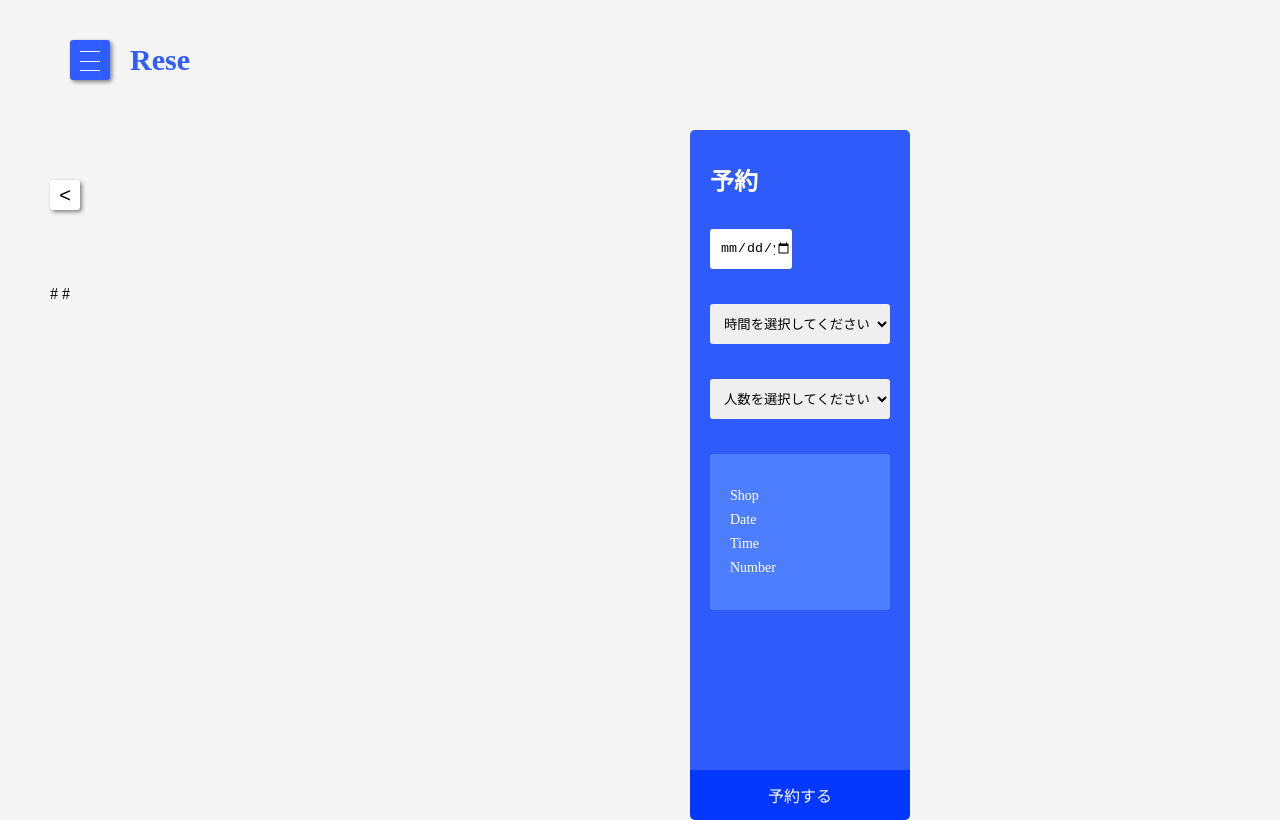
Repository: Haruka-Wada/Rese
Page: src/resources/views/shop_detail.blade.php
An editor plug-in stored every save of this project. The page is shown before and after the next save, followed by the edit.
The browser window is 1280 px wide. The pictures show the whole page.
The page is served by the project's Laravel application, run on PHP 8.4 with Laravel 8. The template is opened directly, without the code that normally fills it, so the values that code supplies are empty.

Above is the page before, as saved 2024-11-19 15:01:52.

After the next save:
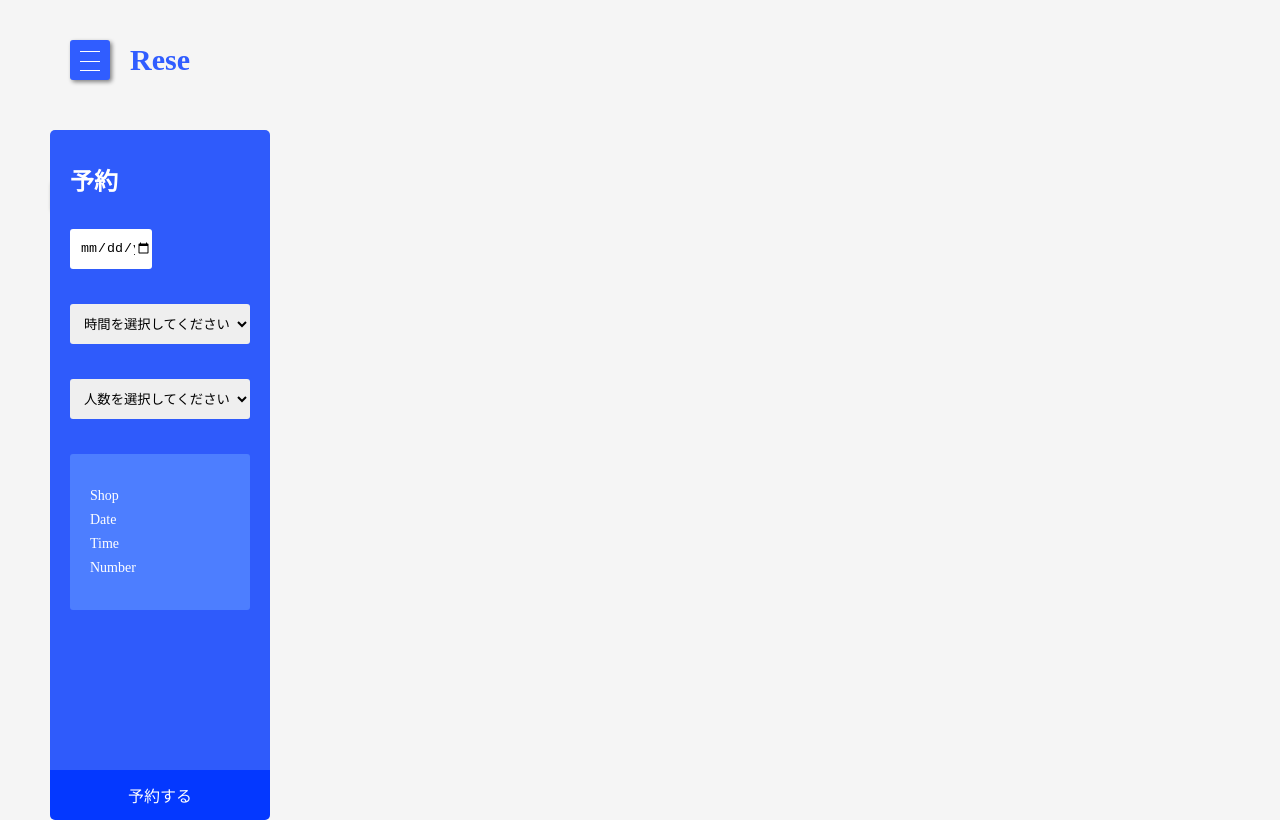
Saved 37 s later.
--- a/src/public/css/shop_detail.css
+++ b/src/public/css/shop_detail.css
@@ -58,7 +58,7 @@
 .reservation__container {
     width: 50%;
     grid-row: 2/3;
-    grid-column: 2/3;
+    grid-column: 1/2;
     margin-right: 50px;
 }
 

After the save that followed:
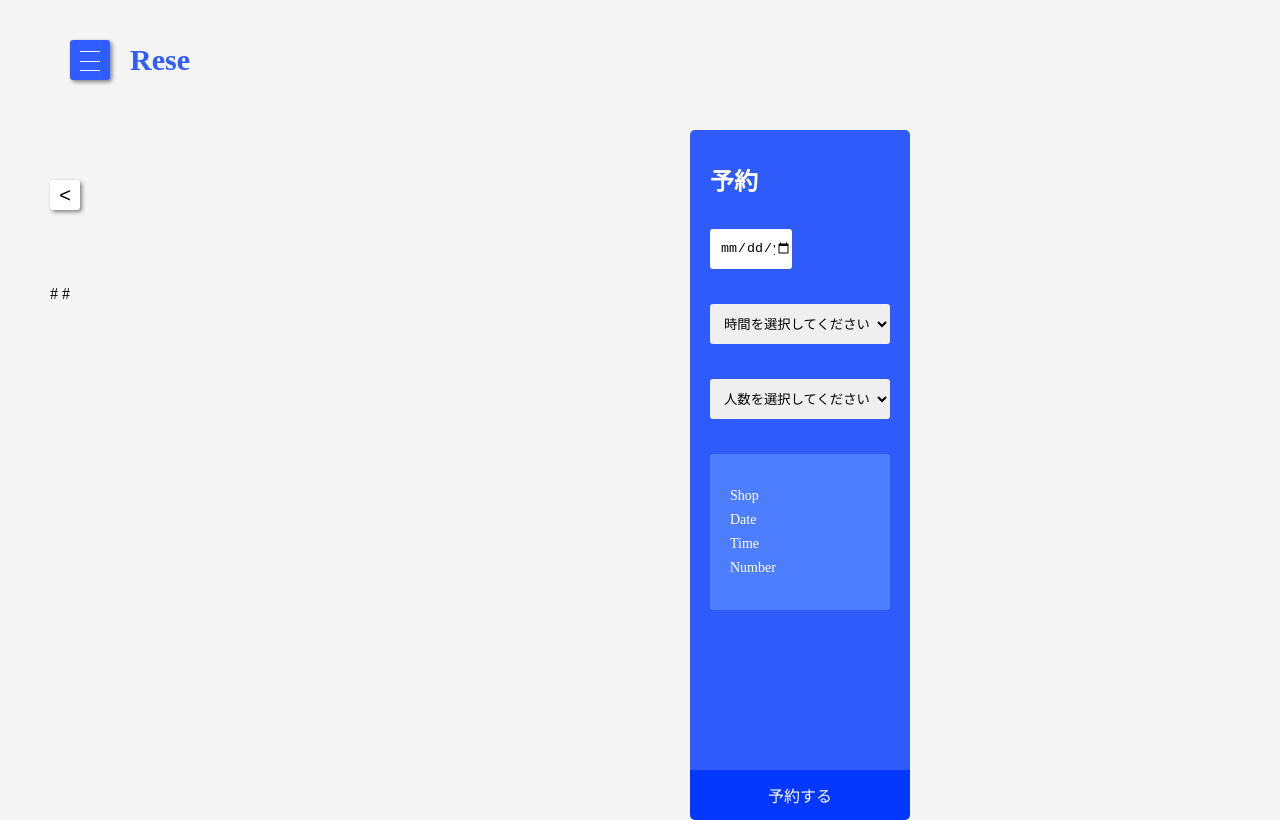
Saved 7 s later.
--- a/src/public/css/shop_detail.css
+++ b/src/public/css/shop_detail.css
@@ -58,7 +58,7 @@
 .reservation__container {
     width: 50%;
     grid-row: 2/3;
-    grid-column: 1/2;
+    grid-column: 2/3;
     margin-right: 50px;
 }
 
